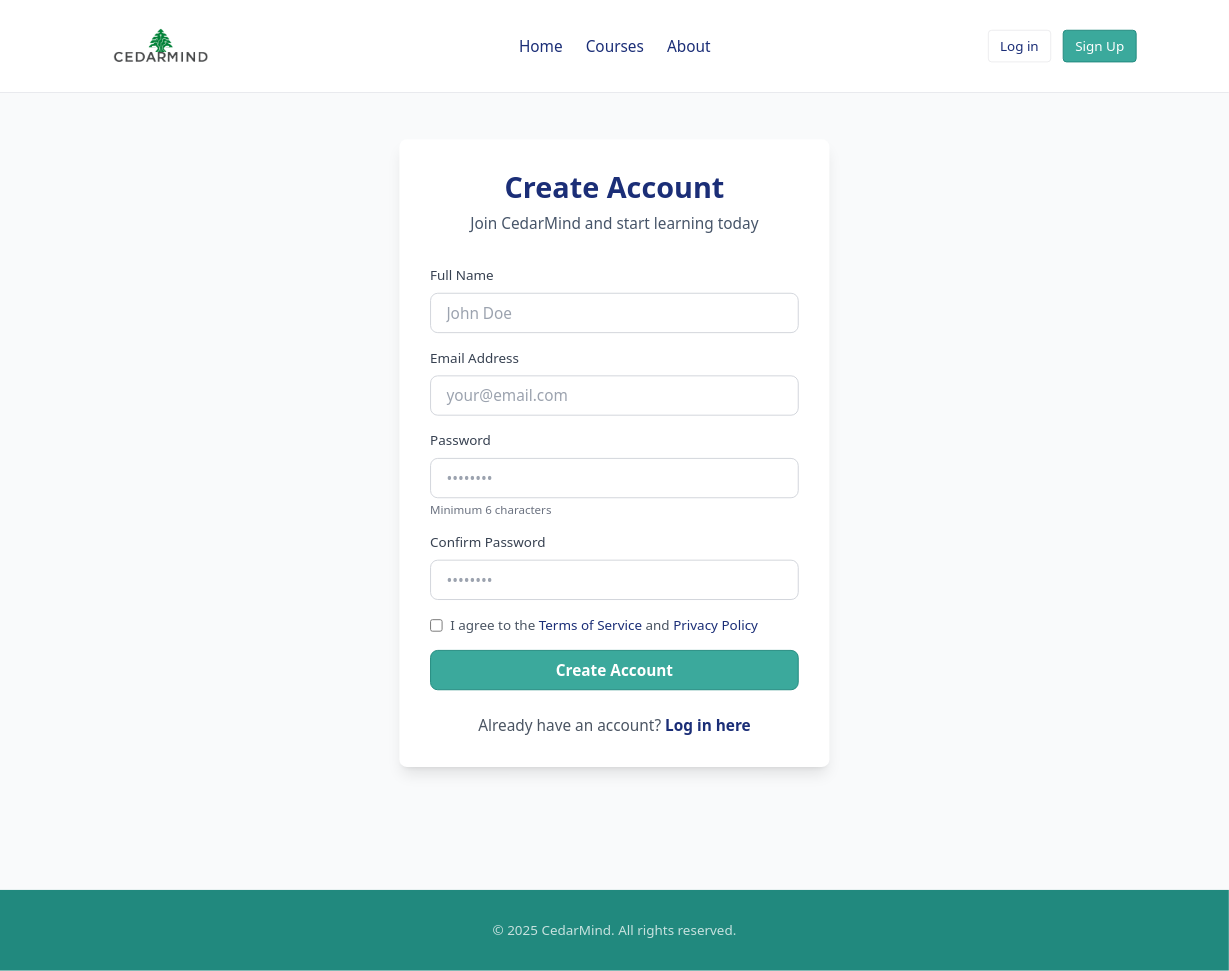
Repository: 1222aa/cedarmind
Page: http://localhost/signup.html
The author's editor kept a copy of each file at every save. The page is drawn from the files as they stood at one save, then again after the next save.
The browser window is 1280 px wide. The pictures show the whole page, at 96% of full size.
Some web libraries are served in a nearby version. The page is served by the project's Laravel application, run on PHP 8.4 with Laravel 12.

Above is the page before, as saved 2025-12-02 18:43:54.

After the next save:
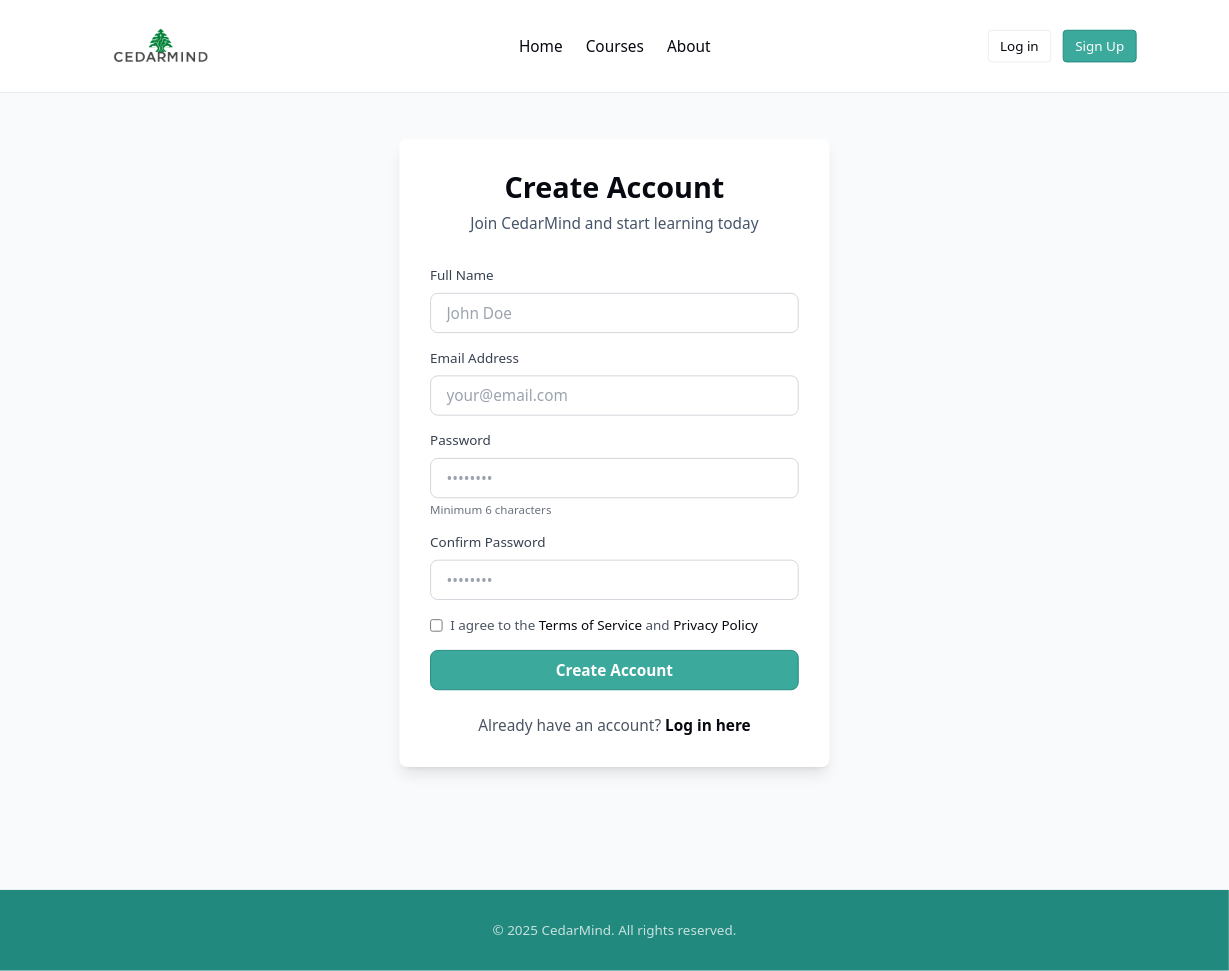
Saved 9 s later.
--- a/public/css/style.css
+++ b/public/css/style.css
@@ -10,7 +10,7 @@
 	--cedar:#3BA99C;
 	--cedar-light:#69D1C5;
 	--cedar-dark: #21897E;
-	--text-main: #1B2E77;
+	--text-main: #070910;
 	--background-main: #f9fafb;
     --white: #ffffff;
 }
